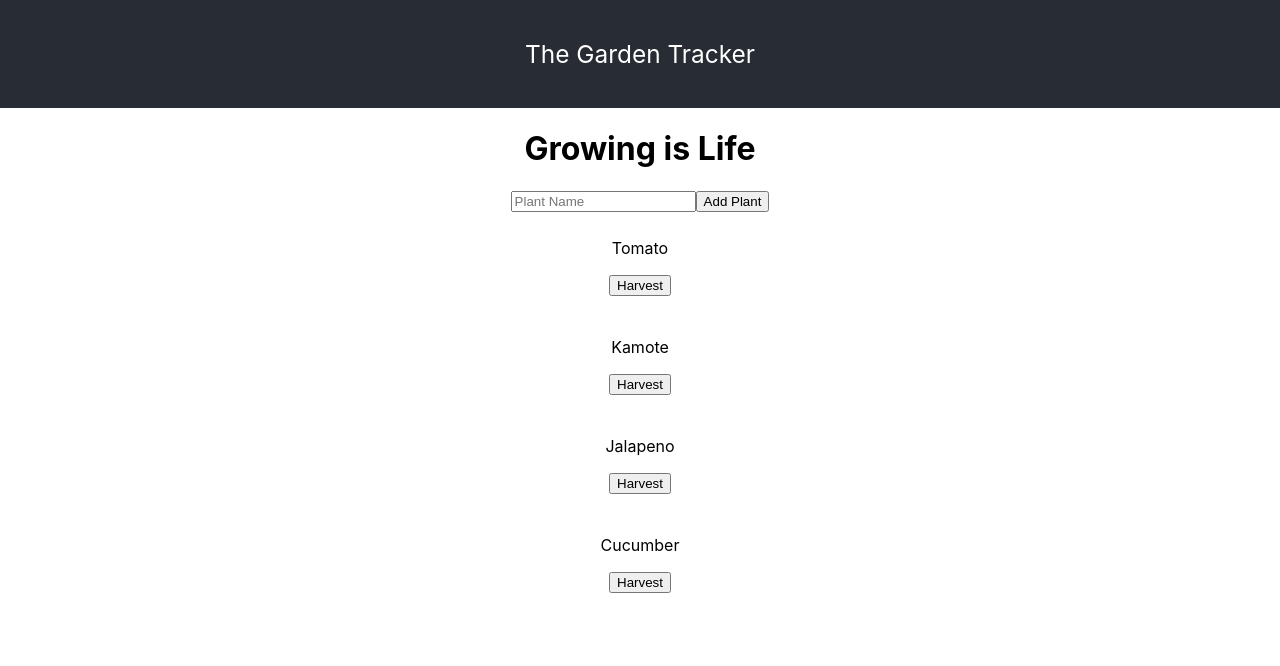
Repository: charliejp0311/gardentracker
Page: /
The author's editor kept a copy of each file at every save. The page is drawn from the files as they stood at one save, then again after the next save.
The browser window is 1280 px wide. The pictures show the whole page.
The project was rebuilt for these pictures with package versions that can differ from the ones it lists, and the page was loaded fresh each time. Also part of the build but not shown: src/components/Harvest.js.

Above is the page before, as saved 2020-10-29 13:25:21.

After the next save:
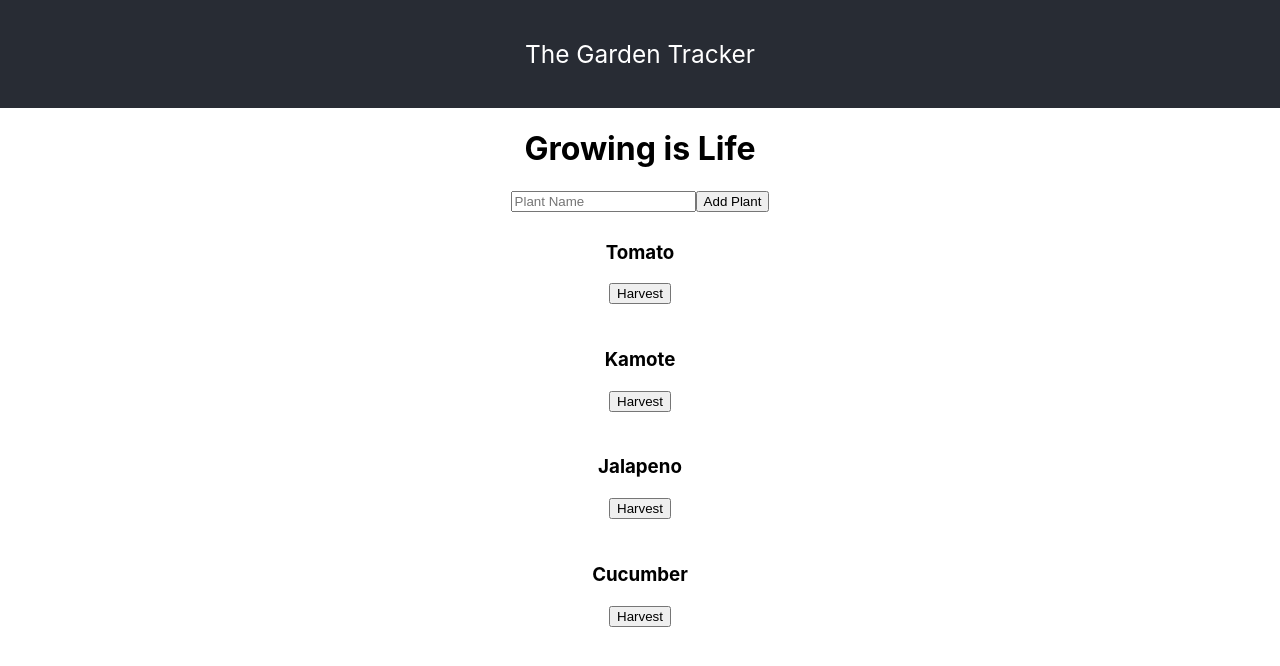
Saved 2 min 39 s later.
--- a/src/components/Plant.js
+++ b/src/components/Plant.js
@@ -18,7 +18,7 @@ class Plant extends Component{
         // console.log(this.props)
         return(
             <div className='plant'>
-                <p>{this.props.plant.name}</p>
+                <h3>{this.props.plant.name}</h3>
                 <button onClick={this.handleHarvest}>Harvest</button>
             </div>
         )
